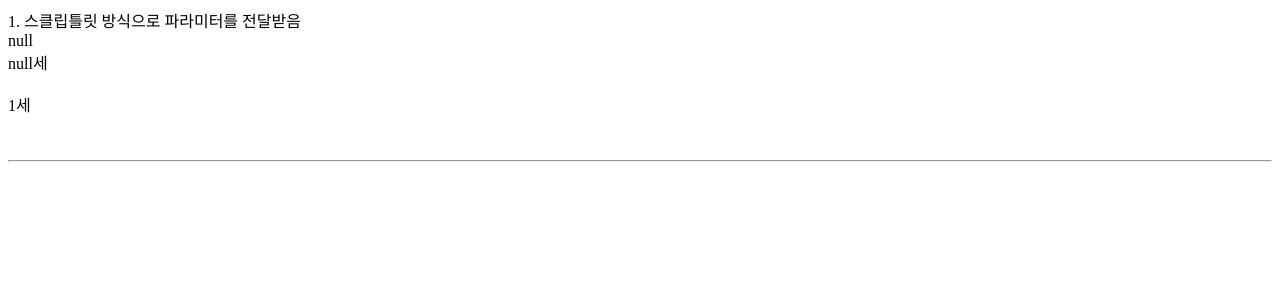
Repository: doridori890130/JSP
Page: http://localhost/jstl_study/step2-3.jsp
These files come from the project's save history. The page is drawn as it stood at one moment and after the next save; the edit follows.
The browser window is 1280 px wide. The pictures show the whole page.
The page is served by Tomcat 9. Other server files are loaded and not shown.

Above is the page before, as saved 2023-05-09 07:19:17.

### jstl_project/jstl_study/src/main/webapp/step2-3.jsp
<%@ page language="java" contentType="text/html; charset=UTF-8"
    pageEncoding="UTF-8"%>
<!DOCTYPE html>
<html>
<head>
<meta charset="UTF-8">
<title>Insert title here</title>
</head>
<body>
	<!-- 연산 x 스클립틀릿 방식에서는 넘어오는 parameter값이 문자열로 인식
			age+1 의 값을 전달하면 201 나이 뒤에 1이 추가되는 형태로 전송-->
	1. 스클립틀릿 방식으로 파라미터를 전달받음 <br>
	<%=request.getParameter("nick") %> <br>
	<%=request.getParameter("age") %>세 <br>

	<!-- 연산 o El 방식은 내부적으로 형변환이 이루어져 연산이 가능-->
	${param.nick } <br>
	${param.age+1 }세 <br>
	<br>
	<br>
	<hr>
	<form action=""></form>
</body>
</html>

After the next save:
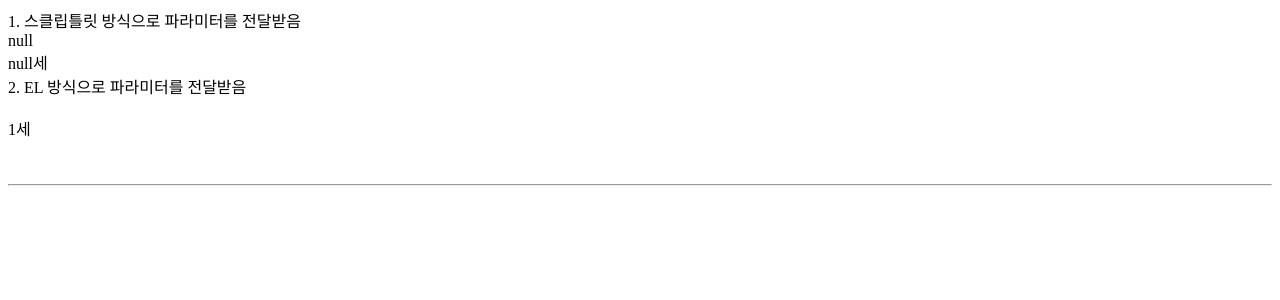
Saved 28 s later.
--- a/jstl_project/jstl_study/src/main/webapp/step2-3.jsp
+++ b/jstl_project/jstl_study/src/main/webapp/step2-3.jsp
@@ -14,6 +14,7 @@
 	<%=request.getParameter("age") %>세 <br>
 
 	<!-- 연산 o El 방식은 내부적으로 형변환이 이루어져 연산이 가능-->
+	2. EL 방식으로 파라미터를 전달받음 <br>
 	${param.nick } <br>
 	${param.age+1 }세 <br>
 	<br>
